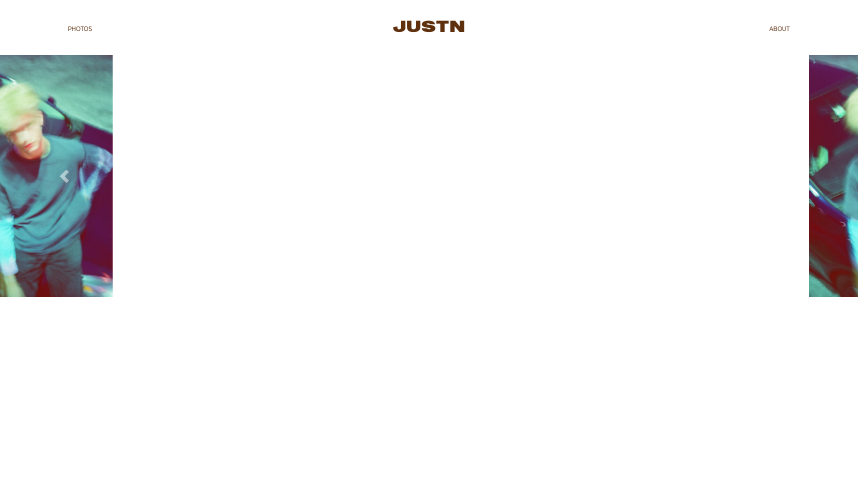
Repository: AviMKabir/justn_2020
Page: index.html
The author's editor kept a copy of each file at every save. The page is drawn from the files as they stood at one save, then again after the next save.
The browser window is 1280 px wide. The pictures show the whole page, at 67% of full size.

Above is the page before, as saved 2020-11-21 17:04:22.

### index.html
<!DOCTYPE html>
<html lang="en">

<head>
    <meta charset="UTF-8">
    <meta name="viewport" content="width=device-width, initial-scale=1.0">
    <link rel="stylesheet" href="https://cdn.jsdelivr.net/npm/bootstrap@4.5.3/dist/css/bootstrap.min.css"
        integrity="sha384-TX8t27EcRE3e/ihU7zmQxVncDAy5uIKz4rEkgIXeMed4M0jlfIDPvg6uqKI2xXr2" crossorigin="anonymous">

    <link rel="stylesheet" href="./CSS/style.css">
    <title>JUSTN</title>
</head>



<body>

    <div class="container">

        <nav class="navbar navbar-expand-md navbar-light hide-for-mobile">
            <div class="navbar-collapse collapse w-100 order-1 order-md-0 dual-collapse2">
                <ul class="navbar-nav mr-auto">
                    <li class="nav-item">
                        <a class="nav-link-new" href="#" role="button" id="dropdownMenuLink" data-toggle="dropdown"
                            aria-haspopup="true" aria-expanded="false">
                            PHOTOS
                        </a>

                        <div class="dropdown-menu" aria-labelledby="dropdownMenuLink">
                            <a class="dropdown-item" href="#">- NEW YORK</a>
                            <a class="dropdown-item" href="#">- CALIFORNIA</a>
                            <a class="dropdown-item" href="#">- FLORIDA</a>
                        </div>
                    </li>

                </ul>
            </div>
            <div class="mx-auto order-0 nav-pad">
                <a class="navbar-brand-new mx-auto" href="#">JUSTN</a>
                <button class="navbar-toggler" type="button" data-toggle="collapse" data-target=".dual-collapse2">
                    <span class="navbar-toggler-icon"></span>
                </button>
            </div>
            <div class="navbar-collapse collapse w-100 order-3 dual-collapse2">
                <ul class="navbar-nav ml-auto">
                    <li class="nav-item">
                        <a class="nav-link-new" href="#">ABOUT</a>
                    </li>

                </ul>
            </div>
        </nav>

    </div>


    <!-- mobile nav -->
    <nav class="navbar navbar-expand-md navbar-light show-for-mobile">
        <a class="navbar-brand-new " href="#">JUSTN</a>
        <button class="navbar-toggler" type="button" data-toggle="collapse" data-target="#navbarNavDropdown"
            aria-controls="navbarNavDropdown" aria-expanded="false" aria-label="Toggle navigation">
            <span class="navbar-toggler-icon"></span>
        </button>
        <div class="collapse navbar-collapse center-page" id="navbarNavDropdown">
            <ul class="navbar-nav">


                <li class="nav-item dropdown mx-auto ">
                    <a class="nav-link-new-active" href="#" role="button" id="dropdownMenuLink" data-toggle="dropdown" aria-haspopup="true"
                        aria-expanded="false">
                        PHOTOS
                    </a>
                    <!-- <div class="dropdown-menu mx-auto" aria-labelledby="dropdownMenuLink">
                        <a class="dropdown-item mx-auto" href="#">- NEW YORK</a>
                        <a class="dropdown-item mx-auto" href="#">- CALIFORNIA</a>
                        <a class="dropdown-item mx-auto" href="#">- FLORIDA</a>
                    </div> -->
                </li>
                <li class="nav-item mx-auto">
                    <a class="nav-link-new" href="#">- NEW YORK</a>
                </li>
                <li class="nav-item mx-auto">
                    <a class="nav-link-new" href="#">- CALIFORNIA</a>
                </li>
                <li class="nav-item mx-auto">
                    <a class="nav-link-new" href="#">- FLORIDA</a>
                </li>
                <li class="nav-item mx-auto">
                    <a class="nav-link-new" href="#">ABOUT</a>
                </li>
            </ul>
        </div>
    </nav>
    <!-- mobile nav -->

<!-- slideshow -->

<div id="carouselExampleControls" class="carousel slide" data-ride="carousel">
    <div class="carousel-inner">
        <div class="carousel-item active">
            <img class="d-block " src="./img/slide-test-1.png" alt="First slide">
        </div>
        <div class="carousel-item">
            <img class="d-block " src="./img/slide-test-1.png" alt="Second slide">
        </div>
        <div class="carousel-item">
            <img class="d-block " src="./img/slide-test-1.png" alt="Third slide">
        </div>
    </div>
    <a class="carousel-control-prev" href="#carouselExampleControls" role="button" data-slide="prev">
        <span class="carousel-control-prev-icon" aria-hidden="true"></span>
        <span class="sr-only">Previous</span>
    </a>
    <a class="carousel-control-next" href="#carouselExampleControls" role="button" data-slide="next">
        <span class="carousel-control-next-icon" aria-hidden="true"></span>
        <span class="sr-only">Next</span>
    </a>
</div>


    <script src="https://code.jquery.com/jquery-3.5.1.slim.min.js"
        integrity="sha384-DfXdz2htPH0lsSSs5nCTpuj/zy4C+OGpamoFVy38MVBnE+IbbVYUew+OrCXaRkfj"
        crossorigin="anonymous"></script>
    <script src="https://cdn.jsdelivr.net/npm/bootstrap@4.5.3/dist/js/bootstrap.bundle.min.js"
        integrity="sha384-ho+j7jyWK8fNQe+A12Hb8AhRq26LrZ/JpcUGGOn+Y7RsweNrtN/tE3MoK7ZeZDyx"
        crossorigin="anonymous"></script>
</body>

</html>

### CSS/style.css
@font-face {
    font-family: annonce;
    src: url(../fonts/annonce_w01_regular-webfont.woff);
}

@font-face {
    font-family: textanArrow;
    src: url(../fonts/textanarrow-regular-webfont.woff);
}

@font-face {
    font-family: textanArrowIt;
    src: url(../fonts/textanarrow-it-webfont.woff);
}

a {
    -o-transition: .5s;
    -ms-transition: .5s;
    -moz-transition: .5s;
    -webkit-transition: .5s;
    /* ...and now for the proper property */
    transition: .5s;
}

a:hover {
    color: #014421;
    text-decoration: none;
}

.navbar-brand-new {
    font-family: 'annonce', Arial, Helvetica, sans-serif;
    font-size: 1.5rem;
    color: #5E300E;
}

.nav-link-new {
    font-family: 'textanArrow', Arial, Helvetica, sans-serif;
    font-size: .7rem;
    color: #5E300E;
}

.nav-link-new-2 {
    font-family: 'textanArrow', Arial, Helvetica, sans-serif;
    font-size: 1rem;
    color: #5E300E;
}

.dropdown-menu {
    position: absolute;
    top: 100%;
    left: 0;
    z-index: 1000;
    display: none;
    float: left;
    min-width: 10rem;
    padding: .5rem 0;
    margin: .125rem 0 0;
    font-size: 1rem;
    color: #212529;
    text-align: left;
    list-style: none;
    background-color: #fff;
    background-clip: padding-box;
    border: none !important;
    border-radius: .25rem;
}

.dropdown-menu.show {
    display: block;
    margin-top: -30px;
}

.dropdown-item {
    font-family: 'textanArrowIt', Arial, Helvetica, sans-serif;
    font-size: .7rem;
    color: #5E300E;
}

.dropdown-item:focus, .dropdown-item:hover {
    color: #014421 !important;
    background: none !important;
}

.nav-pad {
    padding: 15px 0;
}

.center-page {
    margin-top: 30%;
}

.navbar-light .navbar-toggler {
    color: #5E300E !important;
    border: none !important;
}

@media (min-width: 576px) {}

@media (max-width: 768px) {
    /* hides the desktop nav */
    .hide-for-mobile {
        display: none;
    }
    .dropdown-item {
        font-family: 'textanArrowIt', Arial, Helvetica, sans-serif;
        font-size: 1rem;
        color: #5E300E;
    }
    .dropdown-menu.show {
        display: block;
        margin-top: -10px;
    }
    .nav-link-new {
        font-family: 'textanArrow', Arial, Helvetica, sans-serif;
        font-size: 1rem;
        color: #5E300E;
    }
    .nav-link-new-active {
        font-family: 'textanArrow', Arial, Helvetica, sans-serif;
        font-size: 1rem;
        color: #014421;
    }
}

@media (min-width: 768px) {
    /* hides the desktop nav */
    .show-for-mobile {
        display: none;
    }
}

@media (min-width: 992px) {}

@media (min-width: 1200px) {}

After the next save:
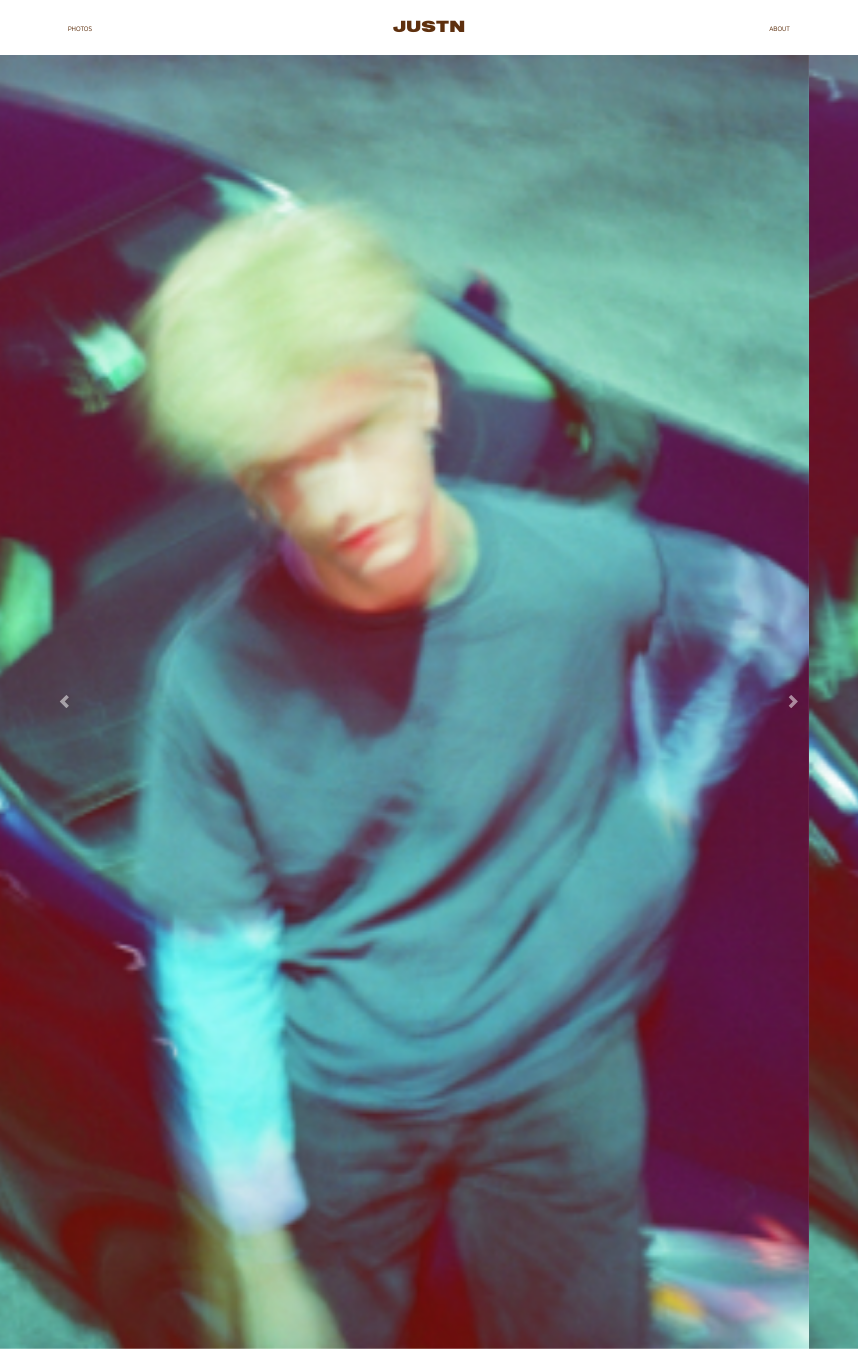
Saved 33 s later.
--- a/index.html
+++ b/index.html
@@ -98,13 +98,13 @@
 <div id="carouselExampleControls" class="carousel slide" data-ride="carousel">
     <div class="carousel-inner">
         <div class="carousel-item active">
-            <img class="d-block " src="./img/slide-test-1.png" alt="First slide">
+            <img class="d-block w-100" src="./img/slide-test-1.png" alt="First slide">
         </div>
         <div class="carousel-item">
-            <img class="d-block " src="./img/slide-test-1.png" alt="Second slide">
+            <img class="d-block w-100" src="./img/slide-test-1.png" alt="Second slide">
         </div>
         <div class="carousel-item">
-            <img class="d-block " src="./img/slide-test-1.png" alt="Third slide">
+            <img class="d-block w-100" src="./img/slide-test-1.png" alt="Third slide">
         </div>
     </div>
     <a class="carousel-control-prev" href="#carouselExampleControls" role="button" data-slide="prev">
